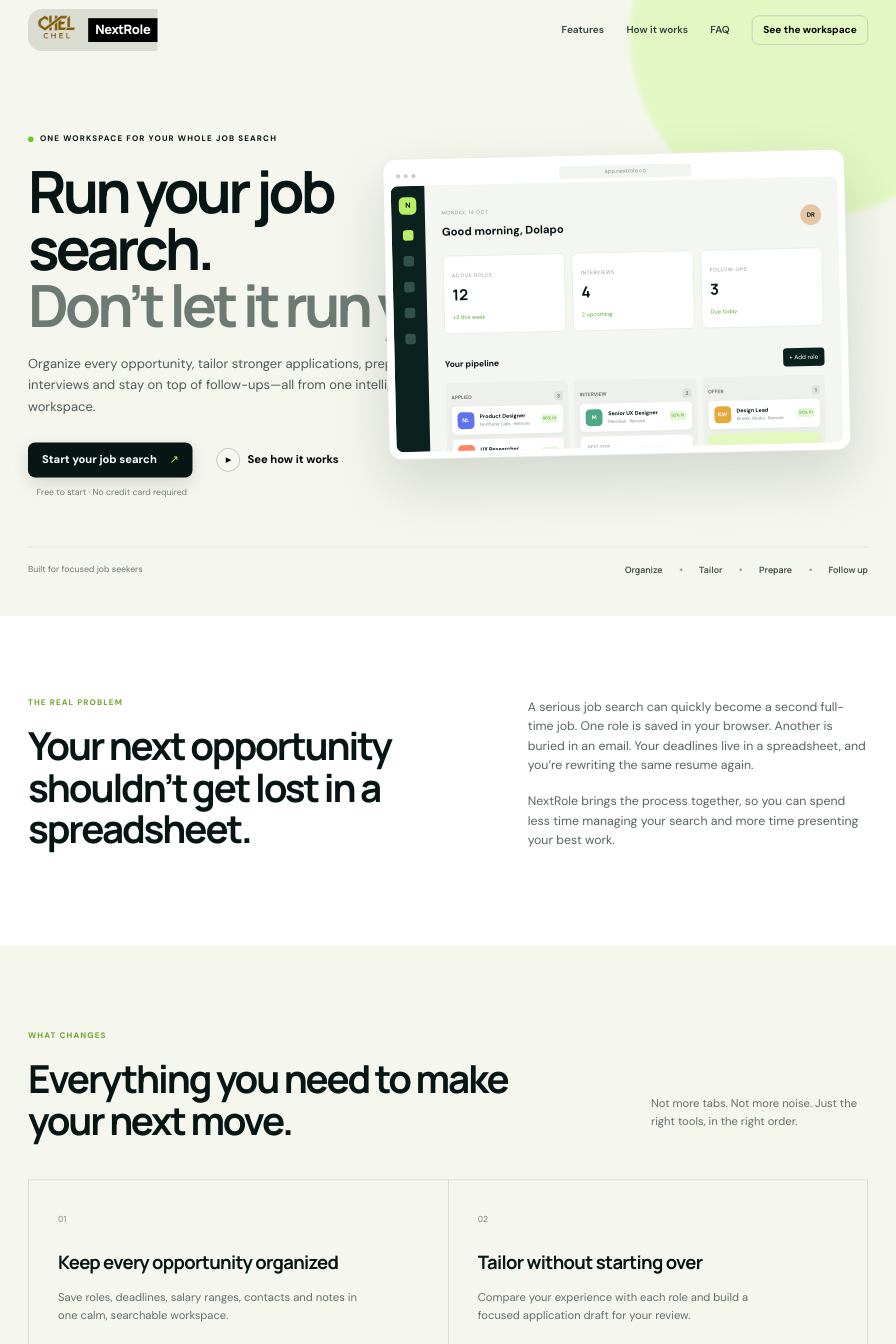
Repository: Lovethrech/NextRole-Nuxt-Portfolio
Page: /
The author's editor kept a copy of each file at every save. The page is drawn from the files as they stood at one save, then again after the next save.
The browser window is 1280 px wide. The pictures show the part of the page from y = 0 to 1920 px (the page is 5240 px tall), at 70% of full size.
The project was rebuilt for these pictures with package versions that can differ from the ones it lists, and the page was loaded fresh each time. The framework's server and built-in components were replaced by stand-ins that run in the browser. Also part of the build but not shown: nuxt.config.js.

Above is the page before, as saved 2026-09-12 16:54:23.

After the next save:
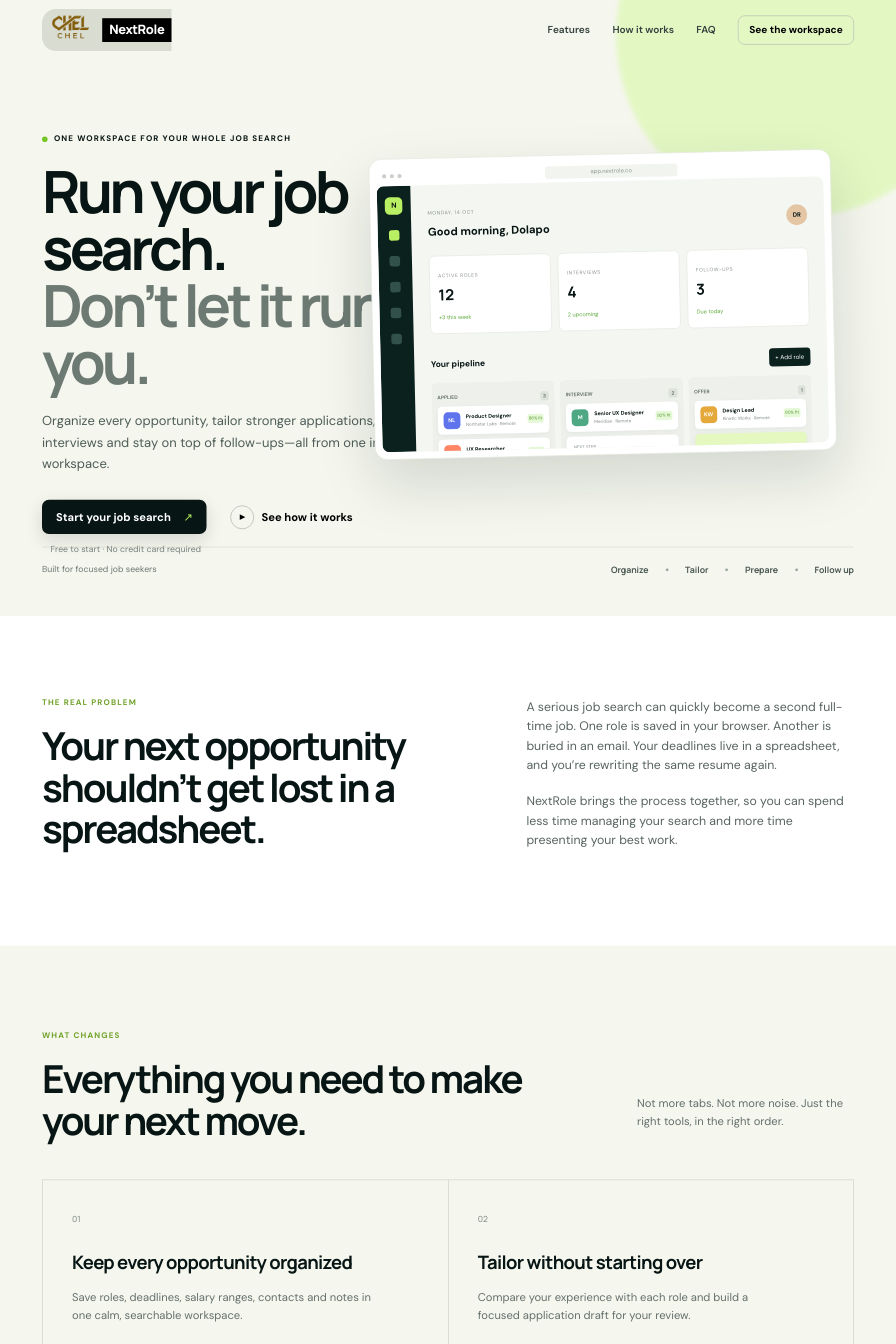
Saved 8 s later.
--- a/assets/css/main.css
+++ b/assets/css/main.css
@@ -38,7 +38,7 @@
     text-decoration:none;
 }
 .container{
-    width:min(1580px,calc(100% - 80px));
+    width:min(1580px,calc(100% - 120px));
     margin-inline:auto;
 }
 .site-shell{
